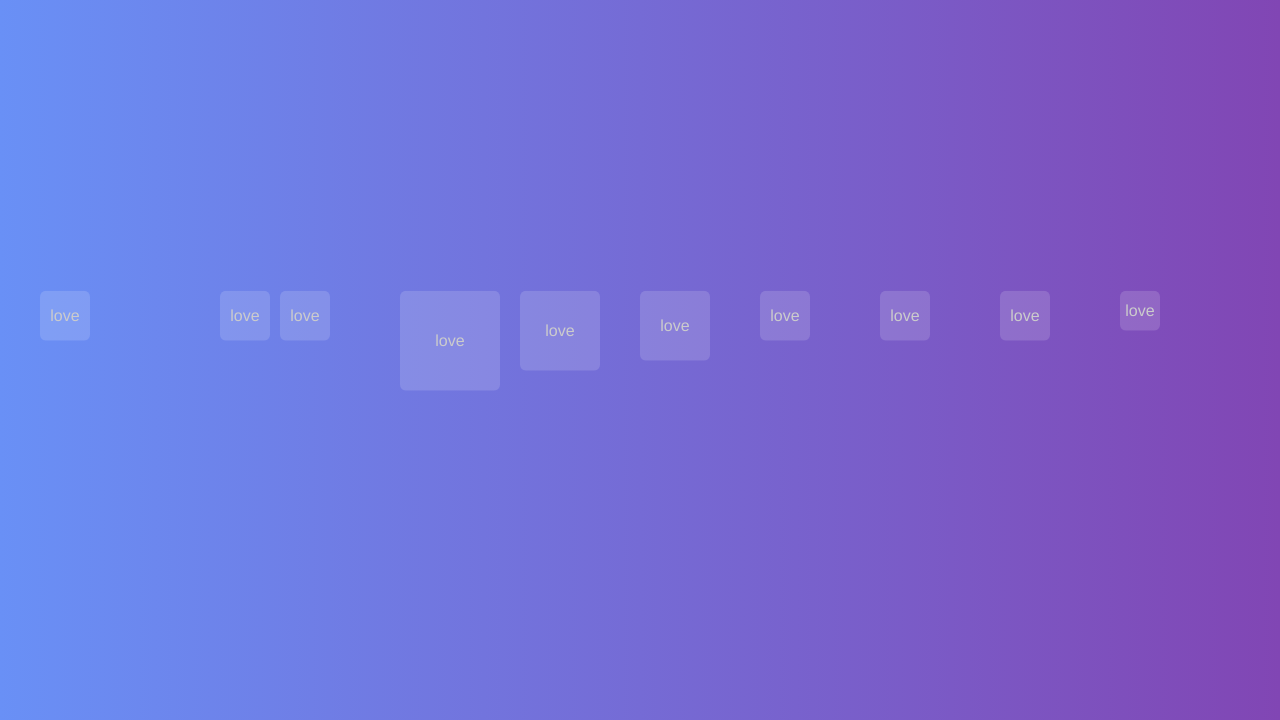
Repository: ddshiyu/qiongqiong
Page: index.html
An editor plug-in stored every save of this project. The page is shown before and after a run of saves, followed by the edit.
The browser window is 1280 px wide. The pictures show the whole page.

Above is the page before, as saved 2019-12-29 10:53:13.

After the next 2 saves:
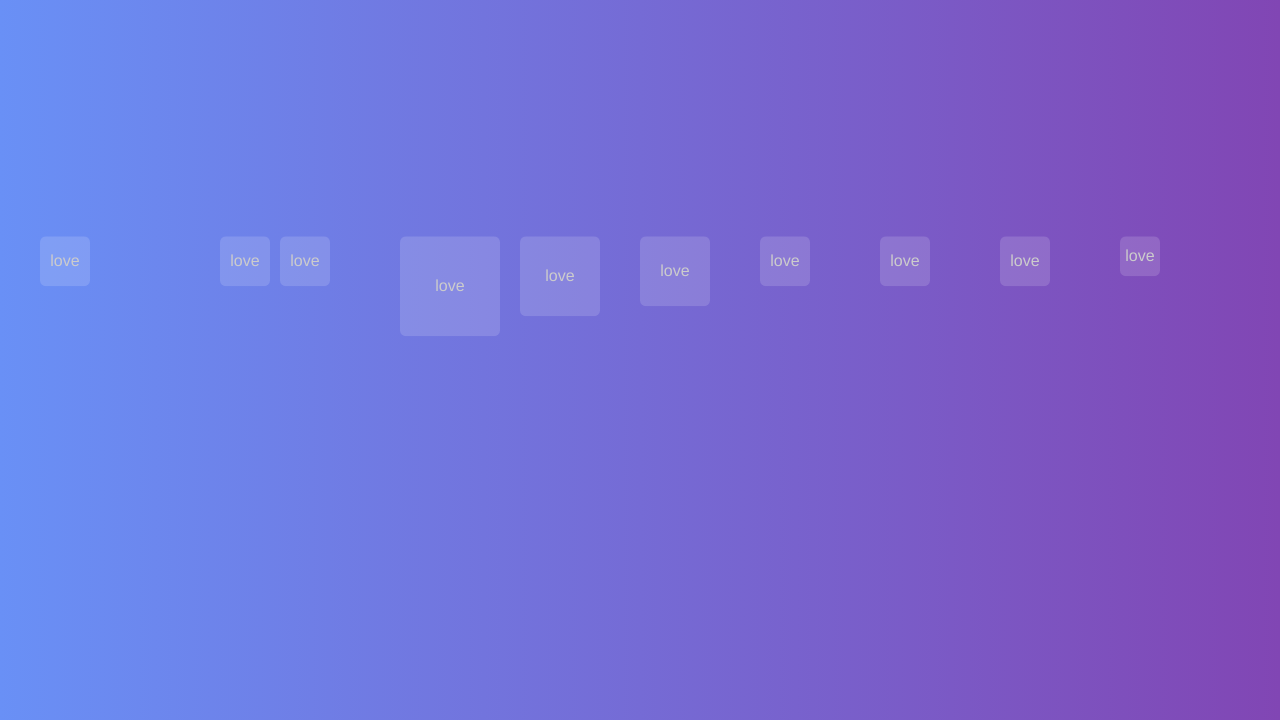
The 2 saves are shown as one change because they came seconds apart.
The last was saved 15 s later.
--- a/index.css
+++ b/index.css
@@ -66,6 +66,7 @@ body{
     }
     50%{
         transition:rotateZ(70deg);
+        transform:translateY(-60vh);
     }
     100%{
 
